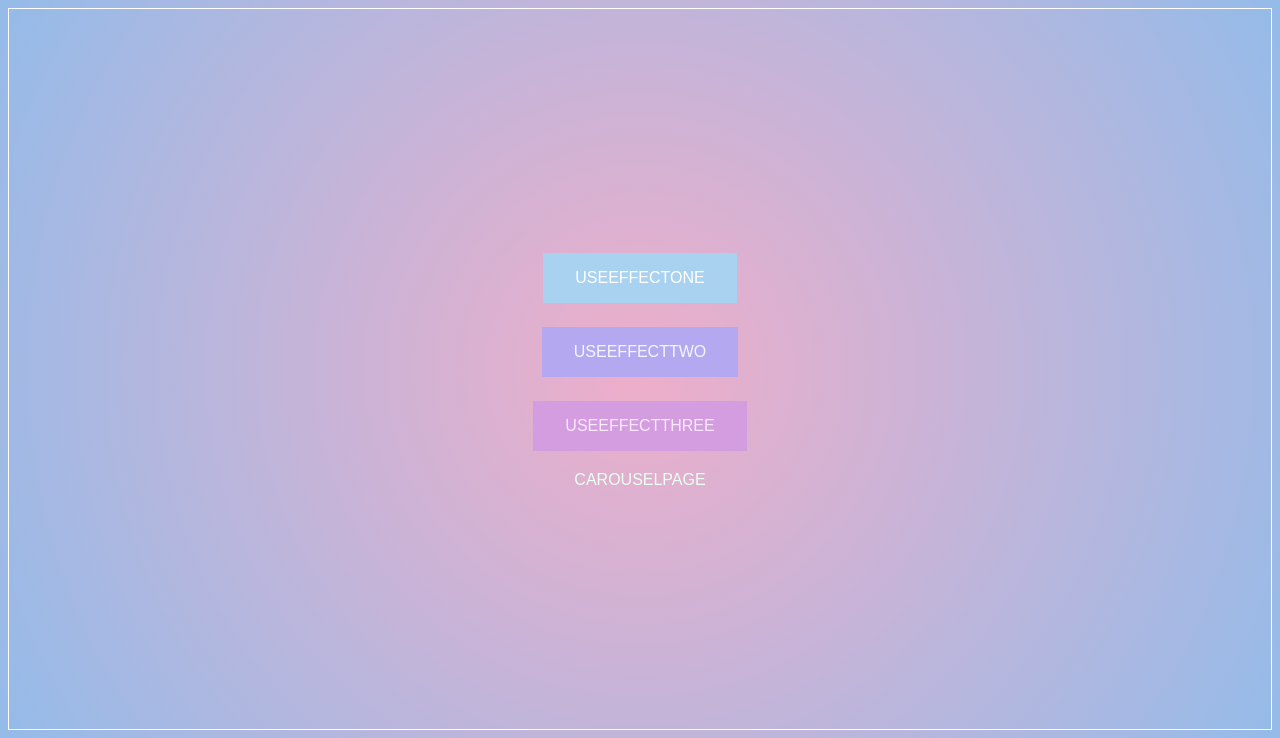
Repository: juliet-jskim/week-8-useEffect-carousel
Page: /
The author's editor kept a copy of each file at every save. The page is drawn from the files as they stood at one save, then again after the next save.
The browser window is 1280 px wide. The pictures show the whole page.
The project was rebuilt for these pictures with package versions that can differ from the ones it lists, and the page was loaded fresh each time. The framework's server and built-in components were replaced by stand-ins that run in the browser. Also part of the build but not shown: next.config.js.

Above is the page before, as saved 2023-02-20 22:31:43.

### pages/index.js
import Head from 'next/head'
import styles from '@/styles/Home.module.css'
import Link from 'next/link'

export default function Home() {
  return (
    <>
      <Head>
        <title>Create Next App</title>
        <meta name="description" content="Generated by create next app" />
        <meta name="viewport" content="width=device-width, initial-scale=1" />
        <link rel="icon" href="/favicon.ico" />
      </Head>
      <main className={styles.main}>
        <div className={styles.link_one}>
          <Link style={{ textDecoration: 'none',  color: 'white' }} href="/useEffectOne">useEffectOne</Link>
        </div>
       <div className={styles.link_two}>
        <Link style={{ textDecoration: 'none', color: 'aliceBlue'}} href="/useEffectTwo">useEffectTwo</Link>
       </div>
       <div className={styles.link_three}>
        <Link style={{ textDecoration: 'none', color: 'rgb(252, 232, 255)' }} href="/useEffectThree">useEffectThree</Link>
       </div>
       <div className={styles.link_carousel}>
        <Link style={{ textDecoration: 'none', color: 'rgb(233, 255, 241)' }} href="/carouselPage">carouselPage</Link>
       </div>

      </main>
    </>
  )
}

### styles/globals.css
:root {
  /** add colors you want to add to all the pages here**/
  background: rgb(238,174,202);
  background: radial-gradient(circle, rgba(238,174,202,1) 0%, rgba(148,187,233,1) 100%);

}

### styles/Home.module.css
.main {
  display: flex;
  flex-direction: column;
  justify-content: center;
  gap: 1rem;
  align-items: center;
  /* padding-top: 10rem; */
  min-height: 100vh;
  border: 1px solid rgb(255, 255, 255);
  background: no-repeat;
}

.link_one{
  font-family: Arial, Helvetica, sans-serif;
  text-transform: uppercase;
  text-decoration: none;
  background-color: #a9d2f1;
  border: none;
  padding: 1rem 2rem;
  text-align: center;
  font-size: 16px;
  margin: 4px 2px;
}
.link_one:hover{
  font-size: 1.4rem;
  opacity: 0.9;
  transition: 0.3s;
}

.link_two{
  font-family: Arial, Helvetica, sans-serif;
  text-transform: uppercase;
  text-decoration: none;
  background-color: #b4a9f1;
  border: none;
  padding: 1rem 2rem;
  text-align: center;
  font-size: 16px;
  margin: 4px 2px;
}
.link_two:hover{
  font-size: 1.4rem;
  opacity: 0.9;
  transition: 0.3s;
  }

.link_three{
  font-family: Arial, Helvetica, sans-serif;
  text-transform: uppercase;
  text-decoration: none;
  background-color: #d39de0;
  border: none;
  padding: 1rem 2rem;
  text-align: center;
  font-size: 16px;
  margin: 4px 2px;
}
.link_three:hover{
  font-size: 1.4rem;
  opacity: 0.9;
  transition: 0.3s;
  }

.link_carousel{
  font-family: Arial, Helvetica, sans-serif;
  text-transform: uppercase;
  text-decoration: none;
}
.link_carousel:hover{
  font-size: 1.4rem;
  opacity: 0.9;
  transition: 0.3s;
  }

Loaded but not shown: pages/_app.js (common file); pages/_document.js (common file)

After the next save:
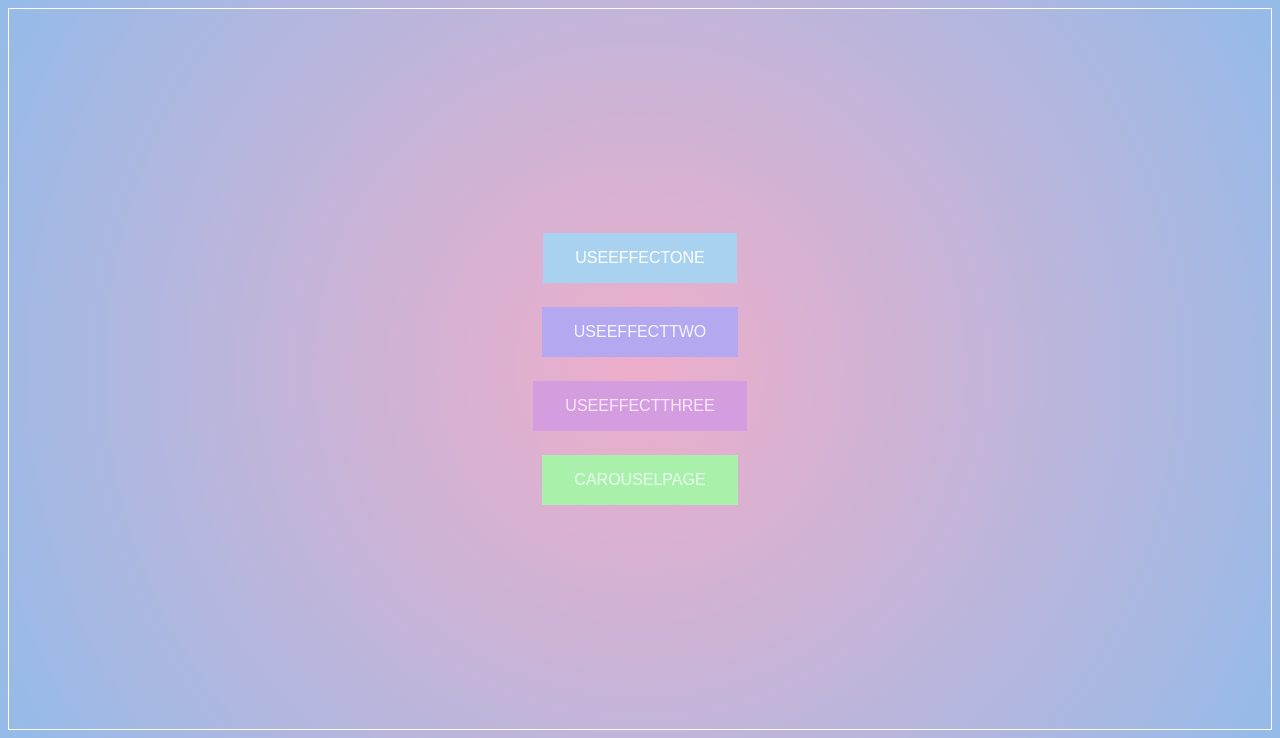
Saved 19 s later.
--- a/styles/Home.module.css
+++ b/styles/Home.module.css
@@ -65,6 +65,12 @@
   font-family: Arial, Helvetica, sans-serif;
   text-transform: uppercase;
   text-decoration: none;
+  background-color: #a9f1aa;
+  border: none;
+  padding: 1rem 2rem;
+  text-align: center;
+  font-size: 16px;
+  margin: 4px 2px;
 }
 .link_carousel:hover{
   font-size: 1.4rem;
